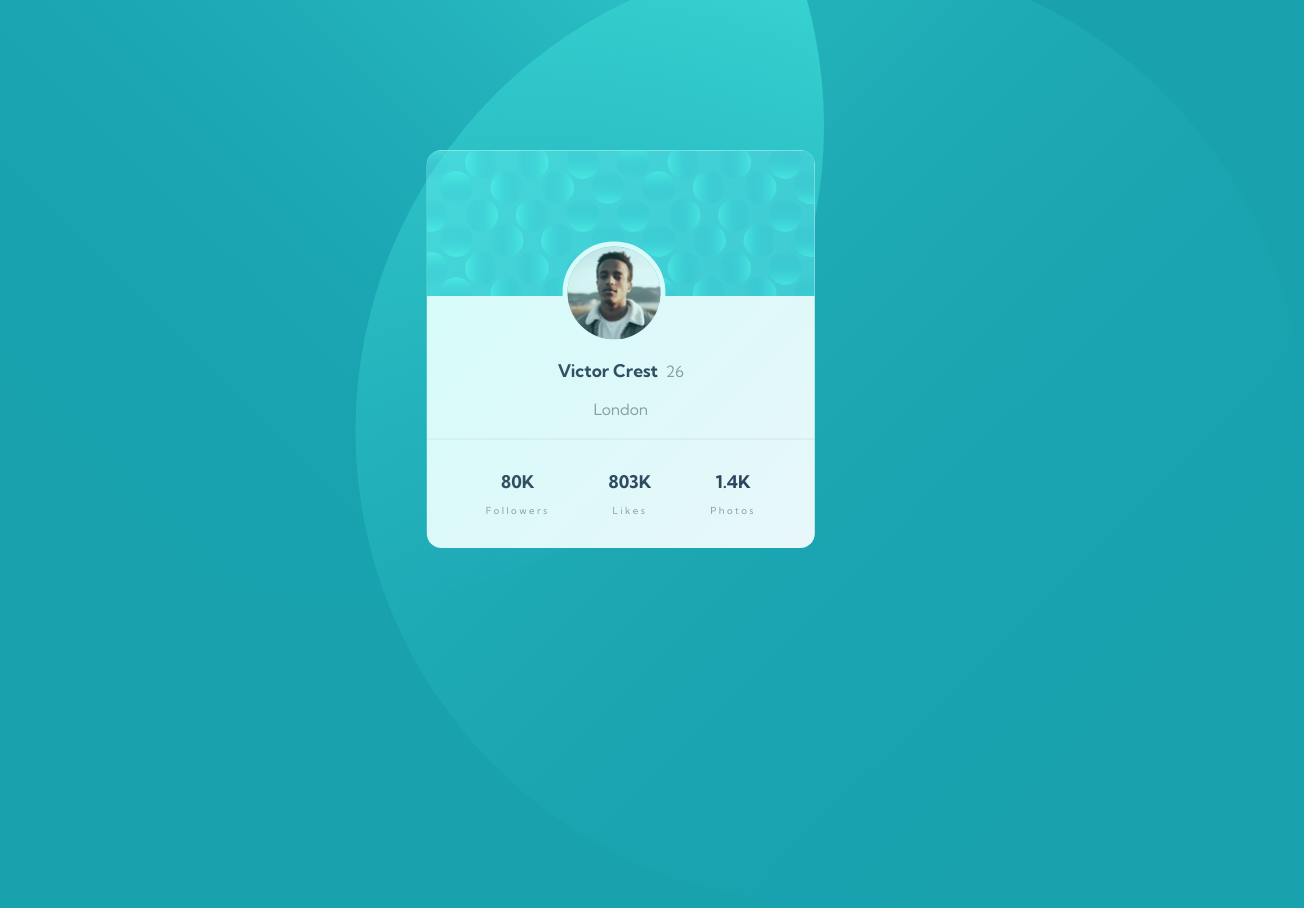
Repository: PratypartyY2K/frontendmentor-challenges
Page: profile-card-component-main/index.html
An editor plug-in stored every save of this project. The page is shown before and after the next save, followed by the edit.
The browser window is 1280 px wide. The page is 1344 px wide, so the pictures cover 1344 px, including what lies to the right of the window. The pictures show the whole page, at 97% of full size.

Above is the page before, as saved 2021-07-15 14:25:46.

### profile-card-component-main/index.html
<!DOCTYPE html>
<html lang="en">
  <head>
    <meta charset="UTF-8" />
    <meta name="viewport" content="width=device-width, initial-scale=1.0" />
    <!-- displays site properly based on user's device -->

    <link
      rel="icon"
      type="image/png"
      sizes="32x32"
      href="./images/favicon-32x32.png"
    />

    <title>Frontend Mentor | Profile card component</title>

    <link rel="stylesheet" href="style.css" />
  </head>
  <body>

    <div class="bg-upper-img">
      <img src="images/bg-pattern-top.svg">
    </div>

    <div class="card-wrapper">
      <div class="upper-div">
        <!--background-->
      </div>
      <img src="images/image-victor.jpg">
      <div class="middle-div">

          <div class="row-1"><h3>Victor Crest</h3>26</div>
          <div class="row-2">London</div>

      </div>
      <div class="stats">
        <div class="stat_element">
          <h3>80K</h3>
          Followers
        </div>
        <div class="stat_element">
          <h3>803K</h3>
          Likes
        </div>
        <div class="stat_element">
          <h3>1.4K</h3>
          Photos
        </div>
      </div>
    </div>

    <!--
    <div class="attribution">
      Challenge by
      <a href="https://www.frontendmentor.io?ref=challenge" target="_blank"
        >Frontend Mentor</a
      >. Coded by
      <a
        href="https://www.frontendmentor.io/profile/PratypartyY2K"
        target="_blank"
        >Pratyush</a
      >.

    </div>
  -->
    <div class="bg-bottom-img">
      <img src="images/bg-pattern-bottom.svg">
    </div>
  </body>
</html>

### profile-card-component-main/style.css
@import url("https://fonts.googleapis.com/css2?family=Kumbh+Sans:wght@400;700&display=swap");

:root {
  --primary-cyan: hsl(185, 75%, 39%);
  --primary-blue: hsl(229, 23%, 23%);
  --primary-grayish-blue: hsl(227, 10%, 46%);
  --neutral-dark-gray: hsl(0, 0%, 59%);
}

* {
    box-sizing: border-box;
}

body {
  font-family: "Kumbh Sans", sans-serif;
  position: relative;
  background-color: var(--primary-cyan);
  min-height: 100vh;
  display: flex;
  flex-direction: column;
  justify-content: center;
  align-items: center;
  margin: 0;
}



h3 {
    color: var(--primary-blue);
    font-weight: 700;
}

.card-wrapper {
    display: flex;
    flex-direction: column;
    background-color: white;
    width: 400px;
    position: relative;
    border-radius: 15px;
    overflow: hidden;
    text-align: center;
    color: var(--neutral-dark-gray);
}

.upper-div {
    background-image: url('images/bg-pattern-card.svg');
    background-repeat: no-repeat;
    background-size: cover;
    height: 150px;
}

.card-wrapper img {
    position: absolute;
    border-radius: 50%;
    border: 5px solid white;
    left: 35%;
    top: 23%;
}

.middle-div {
    display: flex;
    flex-direction: column;
    margin: 3rem 0 1.25rem 0;
}

.row-1 {
    display: flex;
    justify-content: center;
    align-items: center;
}

.row-1 h3 {
    padding: 0;
    margin-right: 0.5rem;
    font-size: 18px;
}

.stats {
    display: flex;
    justify-content: space-evenly;
    border-top: 0.5px solid hsla(0, 0%, 59%, 0.2);
}

.stat_element {
    display: flex;
    flex-direction: column;
    padding: 2rem 0;
    font-size: 10px;
    letter-spacing: 2.5px;
}

.stat_element h3 {
    margin: 0;
    margin-bottom: 0.75rem;
    font-size: 18px;
    letter-spacing: 0;
}

.bg-upper-img {
    position: absolute;
    top: -50%;
    left: -10%;
    right: 0;
    bottom: 0;
}

.bg-bottom-img {
    position: absolute;
    right: -5%;
    bottom: -30%;
}





/*
.attribution {
  font-size: 11px;
  text-align: center;
}
.attribution a {
  color: hsl(228, 45%, 44%);
}
*/

After the next save:
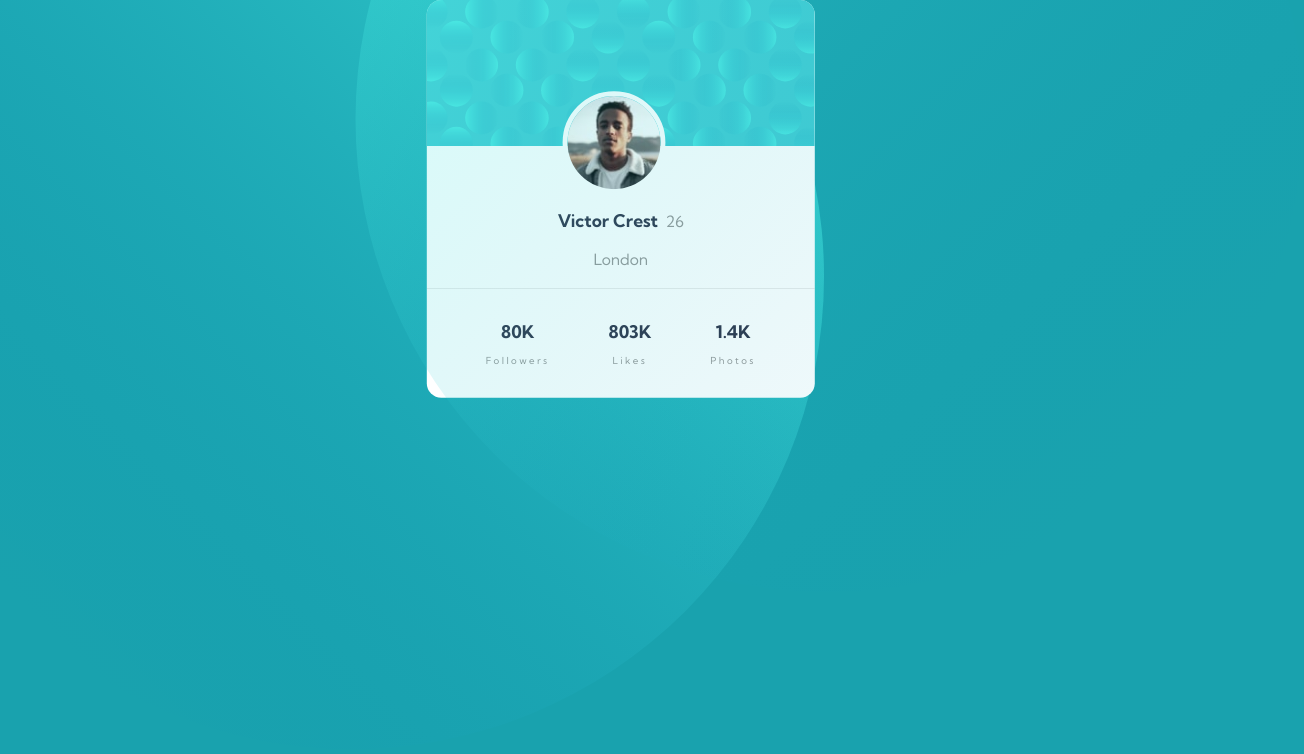
Saved 17 s later.
--- a/profile-card-component-main/style.css
+++ b/profile-card-component-main/style.css
@@ -15,7 +15,7 @@ body {
   font-family: "Kumbh Sans", sans-serif;
   position: relative;
   background-color: var(--primary-cyan);
-  min-height: 100vh;
+  max-height: 100vh;
   display: flex;
   flex-direction: column;
   justify-content: center;
@@ -107,7 +107,7 @@ h3 {
 .bg-bottom-img {
     position: absolute;
     right: -5%;
-    bottom: -30%;
+    bottom: -50%;
 }
 
 
